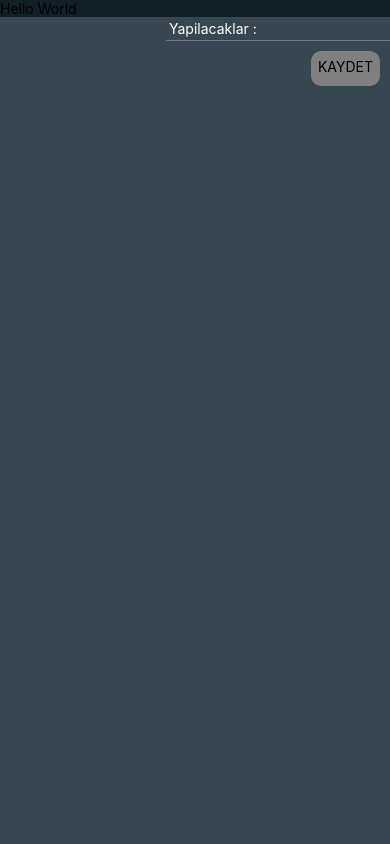
Repository: dumankedi/ToDo
Screen: /
An editor plug-in stored every save of this project. The screen is shown before and after the next save, followed by the edit.
The app was drawn by React Native's web renderer in a window 390 px wide. The project was rebuilt for these pictures with package versions that can differ from the ones it lists, and the page was loaded fresh each time.

Above is the screen before, as saved 2023-03-06 13:33:33.

After the next save:
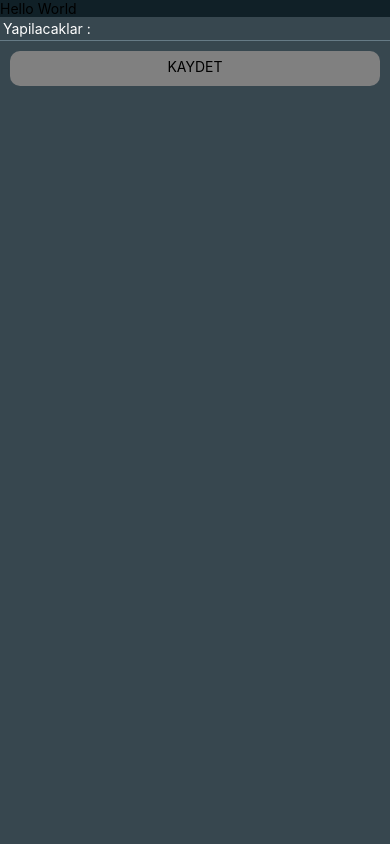
Saved 8 s later.
--- a/src/components/SaveToDo/SaveToDo.style.js
+++ b/src/components/SaveToDo/SaveToDo.style.js
@@ -5,7 +5,6 @@ export default StyleSheet.create({
   container: {
     flex: 1,
     backgroundColor: '#37474F',
-    alignItems: 'flex-end',
   },
   textInput: {
         borderBottomWidth:1,
